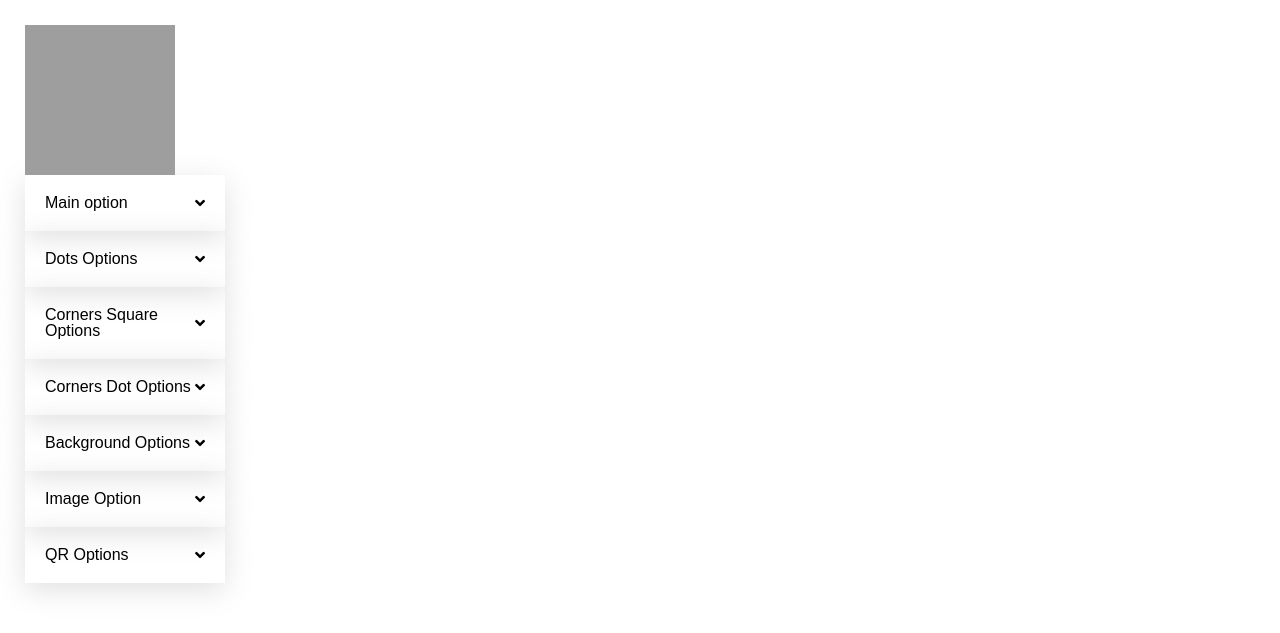
Repository: kip310/qr-code-js-club
Page: index.html
These files come from the project's save history. The page is drawn as it stood at one moment and after the next save; the edit follows.
The browser window is 1280 px wide. The pictures show the whole page.
Pictures or frames that could not be fetched are drawn as grey boxes.

Above is the page before, as saved 2025-02-12 13:50:00.

After the next save:
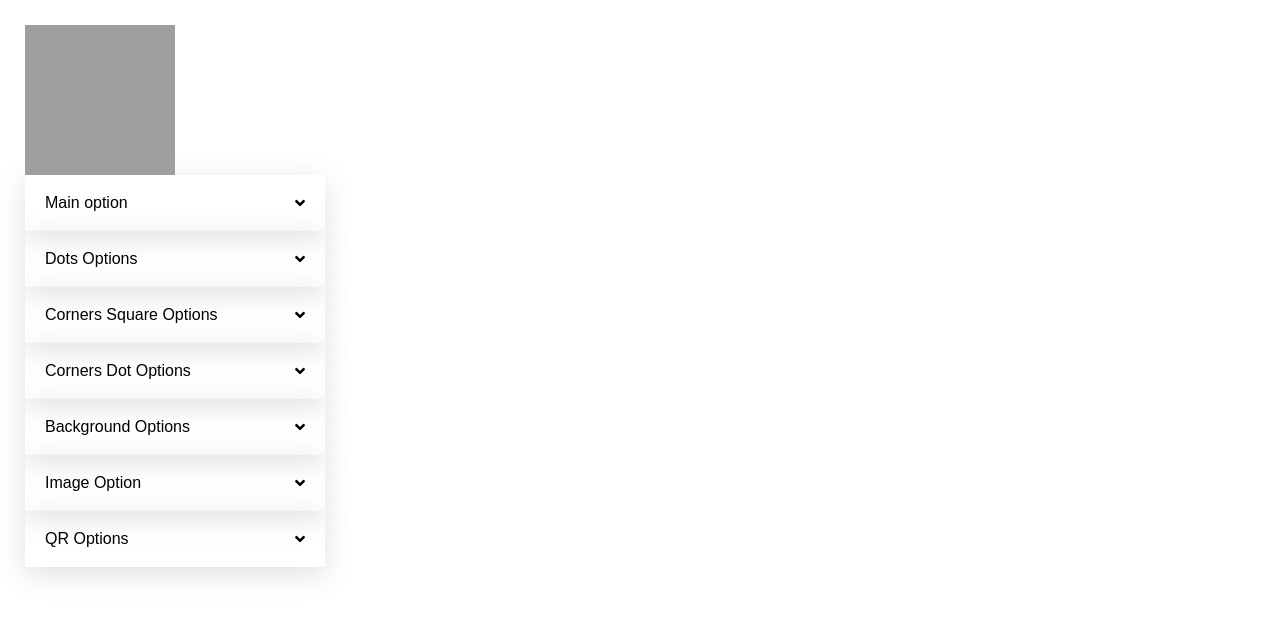
Saved 3 min 14 s later.
--- a/app.css
+++ b/app.css
@@ -54,7 +54,7 @@
   }
   .accordion {
     margin-bottom: 25px;
-    max-width: 200px;
+    max-width: 300px;
     max-height: 100px;
   }
   .accordion-header {
